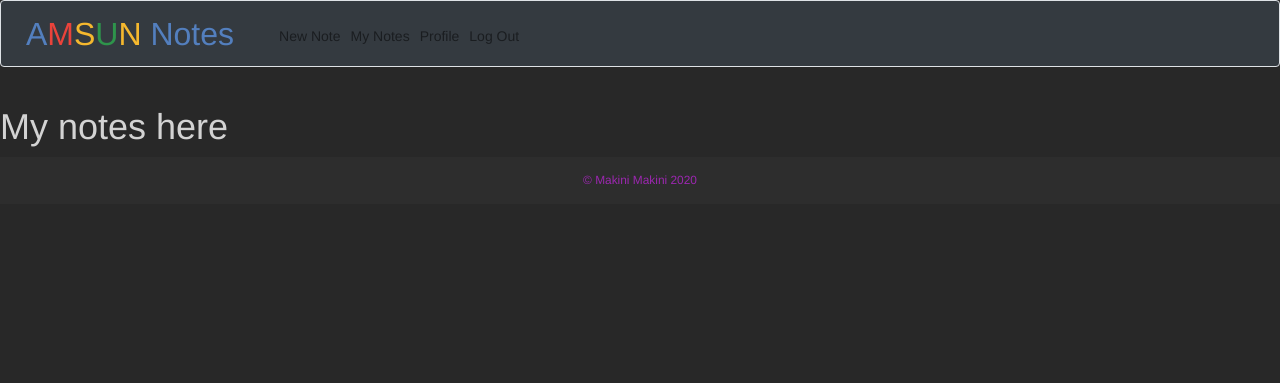
Repository: MakiniMakini/AMSUN-NOTES
Page: http://localhost/my_notes
The author's editor kept a copy of each file at every save. The page is drawn from the files as they stood at one save, then again after the next save.
The browser window is 1280 px wide. The pictures show the whole page.
Some web fonts or font styles are not loaded; a fallback is used. The page is served by the project's application, run on Flask 3 (application.py). The session is filled in as if someone had signed in: {"user_id": 1}.

Above is the page before, as saved 2020-12-19 21:47:20.

After the next save:
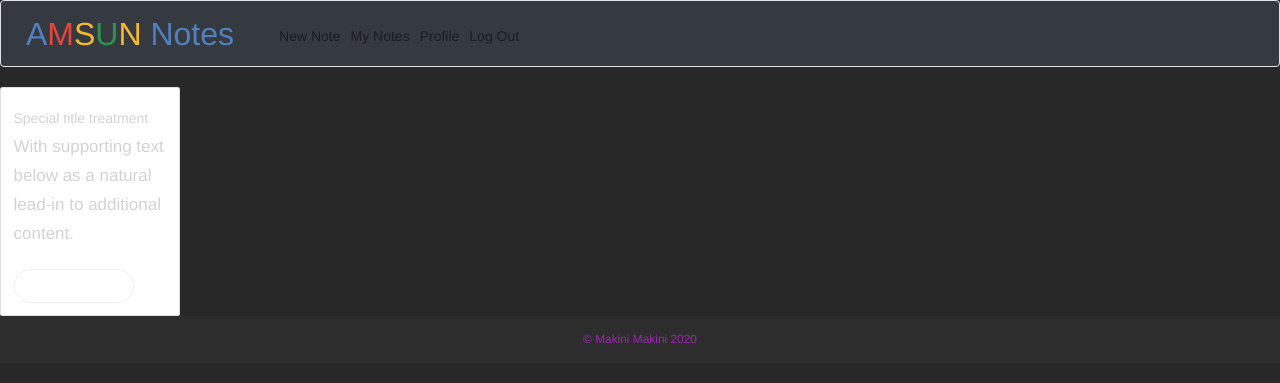
Saved 18 h 43 min later.
--- a/templates/my_notes.html
+++ b/templates/my_notes.html
@@ -6,7 +6,12 @@
 
 {% block main %}
 
-<h1>
-My notes here</h1>
+<div class="card" style="width: 18rem;">
+    <div class="card-body">
+      <h5 class="card-title">Special title treatment</h5>
+      <p class="card-text">With supporting text below as a natural lead-in to additional content.</p>
+      <a href="#" class="btn btn-primary">Go somewhere</a>
+    </div>
+</div>
 
 {% endblock %}
